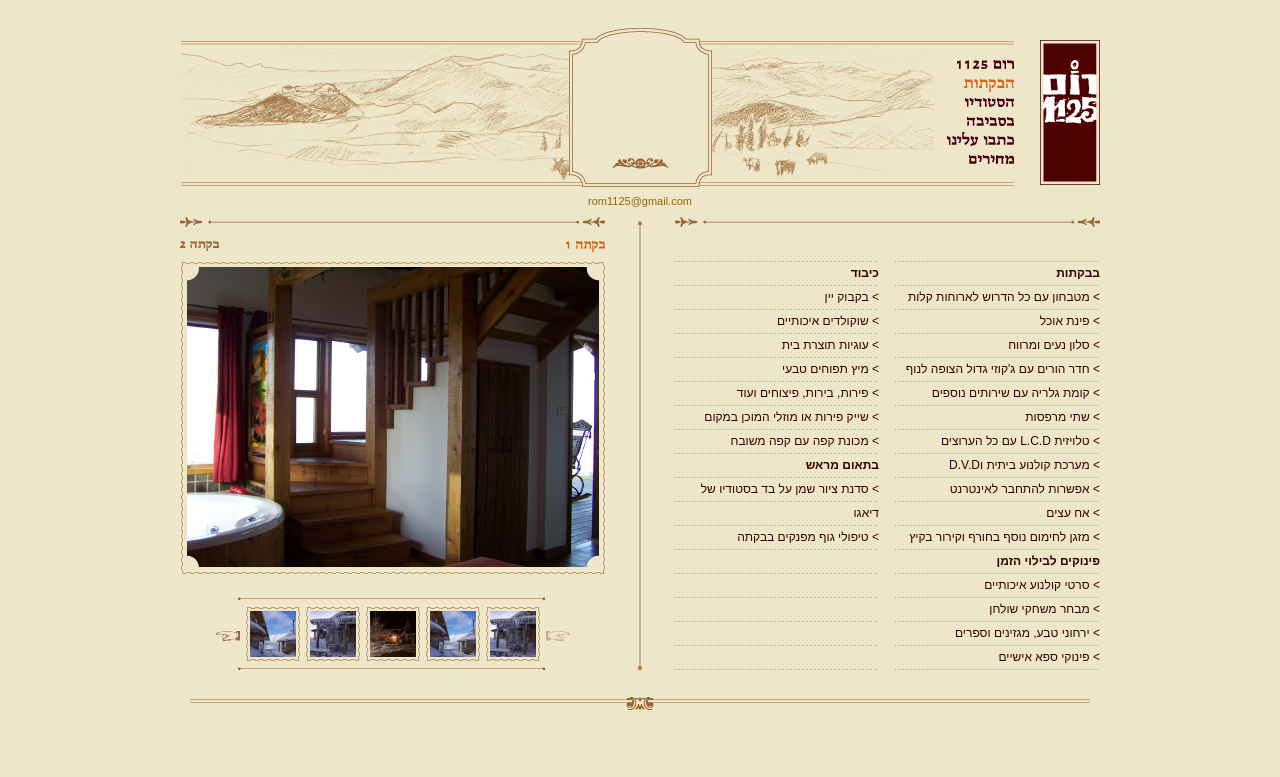
Repository: asafg/rom1125
Page: rom1125/WebContent/huts.html
The author's editor kept a copy of each file at every save. The page is drawn from the files as they stood at one save, then again after the next save.
The browser window is 1280 px wide. The pictures show the whole page.

Above is the page before, as saved 2010-05-22 20:48:56.

### rom1125/WebContent/huts.html
<!DOCTYPE html PUBLIC "-//W3C//DTD XHTML 1.1//EN" "http://www.w3.org/TR/xhtml11/DTD/xhtml11.dtd">
<html xmlns="http://www.w3.org/1999/xhtml">

<head>
  <meta http-equiv="Content-Type" content="text/html; charset=utf-8"/>
  <title>רום 1125</title>
  <link rel="stylesheet" href="css/common.css" type="text/css" media="screen"/>
  <link rel="stylesheet" href="css/huts.css" type="text/css" media="screen"/>
  <script src="js/img_gal_cc_compressed.js" type="text/javascript"></script>
  <script type="text/javascript">
  function showHutGallery(hut) {
	  var otherHut = (hut == 1) ? 2 : 1;
	  $('hut' + hut).addClass('active');
	  $('hut' + otherHut).removeClass('active');
	  $('thumbnails_panel' + otherHut).setStyle('display', 'none');
	  $('slideshow' + otherHut).setStyle('display', 'none');
	  $('thumbnails_panel' + hut).setStyle('display', 'block');
	  $('slideshow' + hut).setStyle('display', 'block');
	  if (hut == 2 && hut2ImageGallery == null) {
		  initHut2Gallery();
	  }
  }

  function initHut2Gallery() {
	  hut2ImageGallery = new ImageGallery({
		slides: $$('#slideshow2 img'),
		thumbnails: $$('#thumbnails_wrapper2 img'),
		thumbnailsViewport: 'thumbnails2',
		thumbnailsContainer: 'thumbnails_wrapper2',
		nextThumbnailLink: 'left_arrow2',
		prevThumbnailLink: 'right_arrow2',
		nextThumbnailLinkClass: 'left_arrow',
		prevThumbnailLinkClass: 'right_arrow'});
  }
  </script>
</head>
<body>
<div id="main">
<!-- header -->
<div id="header">
<img id="logo" src="images/logo.png"/>
<div id="header_without_logo"><!-- The part of the header left of the logo -->
<div id="header_top"><img src="images/header_top.png"/></div>
<div id="toolbar_buttons">
<a id="home_link" href="index.html"><img src="images/blank.gif"/></a>
<img src="images/biktot_hl.gif"/>
<a id="studio_link" href="studio.html"><img src="images/blank.gif"/></a>
<a id="env_link" href="env.html"><img src="images/blank.gif"/></a>
<a id="media_link" href="media.html"><img src="images/blank.gif"/></a>
<a id="prices_link" href="prices.html"><img src="images/blank.gif"/></a>
</div><!-- toolbar_buttons -->
<div class="header_image"><img src="images/header_right.jpg"/></div>
<div class="header_image"><img src="images/header_middle.png"/></div>
<div class="header_image"><img src="images/header_left.jpg"/></div>
<div id="header_bottom"><img id="header_bottom_image" src="images/header_bottom.png"/></div>
</div><!-- header_without_logo-->
<div id="email_address_div">
<a href="mailto:rom1125@gmail.com" class="email_address">rom1125@gmail.com</a>
</div><!-- email_address_div -->
</div><!-- header -->
<!-- now for the separators -->
<div id="right_part">
<img src="images/top_horiz_sep.png" class="sep_image"/>
<div id="page_text" class="page_text">
<div id="right_col" class="text_column">
<b>בבקתות</b><br/>
&gt; מטבחון עם כל הדרוש לארוחות קלות<br/>
&gt; פינת אוכל<br/>
&gt; סלון נעים ומרווח<br/>
&gt; חדר הורים עם ג'קוזי גדול הצופה לנוף<br/>
&gt; קומת גלריה עם שירותים נוספים<br/>
&gt; שתי מרפסות<br/>
&gt; טלויזית L.C.D עם כל הערוצים<br/>
&gt; מערכת קולנוע ביתית וD.V.D<br/>
&gt; אפשרות להתחבר לאינטרנט<br/>
&gt; אח עצים<br/>
&gt; מזגן לחימום נוסף בחורף וקירור בקיץ<br/>
<b>פינוקים לבילוי הזמן</b><br/>
&gt; סרטי קולנוע איכותיים<br/>
&gt; מבחר משחקי שולחן<br/>
&gt; ירחוני טבע, מגזינים וספרים<br/>
&gt; פינוקי ספא אישיים<br/>
</div><!-- right_col -->
<div id="columns_spacer"></div>
<div id="left_col" class="text_column">
<b>כיבוד</b><br/>
&gt; בקבוק יין<br/>
&gt; שוקולדים איכותיים<br/>
&gt; עוגיות תוצרת בית<br/>
&gt; מיץ תפוחים טבעי<br/>
&gt; פירות, בירות, פיצוחים ועוד<br/>
&gt; שייק פירות או מוזלי המוכן במקום<br/>
&gt; מכונת קפה עם קפה משובח<br/>
<b>בתאום מראש</b><br/>
&gt; סדנת ציור שמן על בד בסטודיו של דיאגו<br/>
&gt; טיפולי גוף מפנקים בבקתה<br/>
</div><!-- left_col -->
</div><!-- page_text -->
</div><!-- right -->
<div id="vert_sep">
<img src="images/top_ball.png" class="sep_image"/>
<div id="vert_bar"></div>
<img src="images/bottom_ball.png" class="sep_image"/>
</div><!-- vert_sep -->
<div id="left_part">
<img src="images/top_horiz_sep.png" class="sep_image"/>
<div id="hut_links">
	<a href="#" id="hut1" onclick="showHutGallery(1)"><img src="images/blank.gif"/></a>
	<a href="#" id="hut2" onclick="showHutGallery(2)"><img src="images/blank.gif"/></a>
</div>
<div id="photo_frame"><div id="photo_frame_overlay"></div>
<div id="slideshow1">
<img src="images/photos/photo7.jpg"/>
<img src="images/photos/photo8.jpg"/>
<img src="images/photos/photo9.jpg"/>
<img src="images/photos/photo10.jpg"/>
<img src="images/photos/photo9.jpg"/>
<img src="images/photos/photo8.jpg"/>
</div><!-- slideshow1 -->
<div id="slideshow2">
<img src="images/photos/photo12.jpg"/>
<img src="images/photos/photo11.jpg"/>
<img src="images/photos/photo12.jpg"/>
<img src="images/photos/photo11.jpg"/>
<img src="images/photos/photo12.jpg"/>
<img src="images/photos/photo11.jpg"/>
</div><!-- slideshow2 -->
</div>
<div id="thumbnails_panel1">
<img id="upper_gallery_strip1" src="images/gallery_strip.png"/>
<div id="thumbnails_toolbar1">
<img id="right_arrow1" src="images/blank.gif" class="right_arrow"/>
<div id="thumbnails1">
<div id="thumbnails_wrapper1">
<div class="thumbnail"><img src="images/photos/photo1_small.jpg" class="thumbnail"/></div>
<div class="thumbnail"><img src="images/photos/photo2_small.jpg" class="thumbnail"/></div>
<div class="thumbnail"><img src="images/photos/photo3_small.jpg" class="thumbnail"/></div>
<div class="thumbnail"><img src="images/photos/photo1_small.jpg" class="thumbnail"/></div>
<div class="thumbnail"><img src="images/photos/photo2_small.jpg" class="thumbnail"/></div>
<div class="thumbnail"><img src="images/photos/photo3_small.jpg" class="thumbnail"/></div>
<div class="thumbnail"><img src="images/photos/photo1_small.jpg" class="thumbnail"/></div>
</div><!-- thumbnails_wrapper1 -->
</div><!-- thumbnails1 -->
<img id="left_arrow1" src="images/blank.gif" class="left_arrow"/>
</div><!-- thumbnails_toolbar1 -->
<img id="lower_gallery_strip1" src="images/gallery_strip.png"/>
</div><!-- thumbnails_panel1 -->
<div id="thumbnails_panel2">
<img id="upper_gallery_strip2" src="images/gallery_strip.png"/>
<div id="thumbnails_toolbar2">
<img id="right_arrow2" src="images/blank.gif" class="right_arrow"/>
<div id="thumbnails2">
<div id="thumbnails_wrapper2">
<div class="thumbnail"><img src="images/photos/photo5_small.jpg" class="thumbnail"/></div>
<div class="thumbnail"><img src="images/photos/photo5_small.jpg" class="thumbnail"/></div>
<div class="thumbnail"><img src="images/photos/photo5_small.jpg" class="thumbnail"/></div>
<div class="thumbnail"><img src="images/photos/photo5_small.jpg" class="thumbnail"/></div>
<div class="thumbnail"><img src="images/photos/photo5_small.jpg" class="thumbnail"/></div>
<div class="thumbnail"><img src="images/photos/photo6_small.jpg" class="thumbnail"/></div>
<div class="thumbnail"><img src="images/photos/photo6_small.jpg" class="thumbnail"/></div>
</div><!-- thumbnails_wrapper -->
</div><!-- thumbnails -->
<img id="left_arrow2" src="images/blank.gif" class="left_arrow"/>
</div><!-- thumbnails_toolbar2 -->
<img id="lower_gallery_strip2" src="images/gallery_strip.png"/>
</div><!-- thumbnails_panel2 -->
</div><!-- left -->
<div id="footer">
<img src="images/footer_sep.png" class="sep_image"/>
</div><!-- footer -->
</div><!-- main -->
<script type="text/javascript">
var hut1ImageGallery = new ImageGallery({
	slides: $$('#slideshow1 img'),
	thumbnails: $$('#thumbnails_wrapper1 img'),
	thumbnailsViewport: 'thumbnails1',
	thumbnailsContainer: 'thumbnails_wrapper1',
	nextThumbnailLink: 'left_arrow1',
	prevThumbnailLink: 'right_arrow1',
	nextThumbnailLinkClass: 'left_arrow',
	prevThumbnailLinkClass: 'right_arrow'
});

var hut2ImageGallery = null;

showHutGallery(1);
</script>
</body>
</html>

### rom1125/WebContent/css/common.css
body
{
	background-color: #EEE6C9;
	margin: 0px;
	padding: 0px;
}

#main
{
	width: 1000px;
	height: 750px;
	direction: rtl;
	margin-left: auto;
   	margin-right: auto;
}

/* beginning of header definitions */

#header
{
	margin-top: 27px;
}

#logo
{
	width: 60px;
	margin-top: 13px;
	margin-right: 40px;
	float: right;
}

#header_without_logo
{
	margin-right: 26px;
	margin-top: 1px;
	padding: 0px;
	width: 834px;
	float: right;
}

#header_top
{
	margin: 0px;
	padding: 0px;
	height: 17px;
	float: right;
	display: block;
}

#header_bottom
{
	margin: 0px;
	padding: 0px;
	height: 5px;
	float: right;
	display: block;
}

#header_bottom_image
{
	margin: 0px;
	padding: 0px;
	vertical-align: top;
}

.header_image
{
	margin: 0px;
	padding: 0px;
	height: 137px;
	float: right;
	display: block;
}

#toolbar_buttons
{
	margin-top: 11px;
	margin-left: 13px;
	float: right;
}

#toolbar_buttons img
{
	margin: 0px 0px 2px 0px; width: 67px; height: 17px; padding: 0px; display: block; border-width: 0px;
}

/*toolbar buttons images are set as background images in order to allow rollover effect using css (no javascript) */
#toolbar_buttons a#home_link   img {background: url("../images/rom.gif") top left no-repeat;}
#toolbar_buttons a#huts_link   img {background: url("../images/biktot.gif") top left no-repeat;}
#toolbar_buttons a#studio_link img {background: url("../images/studio.gif") top left no-repeat;}
#toolbar_buttons a#env_link    img {background: url("../images/sviva.gif") top left no-repeat;}
#toolbar_buttons a#media_link  img {background: url("../images/katvu.gif") top left no-repeat;}
#toolbar_buttons a#prices_link img {background: url("../images/mehirim.gif") top left no-repeat;}

#toolbar_buttons a#home_link:hover   img {background: url("../images/rom_hl.gif") top left no-repeat;}
#toolbar_buttons a#huts_link:hover   img {background: url("../images/biktot_hl.gif") top left no-repeat;}
#toolbar_buttons a#studio_link:hover img {background: url("../images/studio_hl.gif") top left no-repeat;}
#toolbar_buttons a#env_link:hover    img {background: url("../images/sviva_hl.gif") top left no-repeat;}
#toolbar_buttons a#media_link:hover  img {background: url("../images/katvu_hl.gif") top left no-repeat;}
#toolbar_buttons a#prices_link:hover img {background: url("../images/mehirim_hl.gif") top left no-repeat;}

#email_address_div
{
	padding-top: 8px;
	margin-left: auto;
    margin-right: auto;
	font-family: arial, sans-serif;
	font-size: 11px;
	display: block;
	text-align: center;
	clear: both;
}

a.email_address:link, a.email_address:active, a.email_address:focus, a.email_address:visited
{
	color: #996600;
	text-decoration: none;
}

a.email_address:hover
{
	color: #CC6600;
	text-decoration: none;
}

/* end of header definitions */

#right_part
{
	width: 425px;
	margin-top: 10px;
	margin-right: 40px;
	float: right;
}

#vert_sep
{
	float: right;
	margin: 14px 33px 0px 33px;
	padding: 0px;
}

#vert_bar
{
	width: 2px;
	height: 440px;
	margin: 0 1px 0 1px;
	background-color: #cbb787;
}

#left_part
{
	width: 425px;
	margin-top: 10px;
	margin-left: 0px;
	float: right;
}

.sep_image
{
	padding: 0;
	display: block;
}

#footer
{
	margin: 0px 50px 0px 50px;
	float: none;
	clear: both;
}

### rom1125/WebContent/css/huts.css
.page_text
{
	float: right;
	width: 426px;
	margin-top: 34px;
	line-height: 200%;
	font-family: arial;
	font-size: 12px;
	color: #330000;
	border: 0px solid red;
}

.text_column
{
	background-image: url("../images/dashed_line.png");
	background-repeat:repeat-y;
	float: right;
	width: 205px;
	height: 409px;
	border: 0px solid black;
}

#columns_spacer
{
	float: right;
	width: 16px;
	height: 409px;
	border: 0px solid green;
}

#hut_links a img {width: 39px; height: 11px; margin: 0px; display: block; border-width: 0px;}

#hut_links
{
	margin-top: 14px;
}

#hut_links a#hut1 img
{
	background: url("../images/hut1.png") top left no-repeat;
	float: right;
}

#hut_links a#hut2 img
{
	background: url("../images/hut2.png") top left no-repeat;
	float: left;
}

#hut_links a#hut1:hover img {background: url("../images/hut1_hl.png") top left no-repeat;}

#hut_links a#hut2:hover img {background: url("../images/hut2_hl.png") top left no-repeat;}

#hut_links a#hut1.active img {background: url("../images/hut1_hl.png") top left no-repeat;}

#hut_links a#hut2.active img {background: url("../images/hut2_hl.png") top left no-repeat;}

#footer
{
	padding-top: 26px;
}

/* image gallery */
#photo_frame
{
	position: relative;
	margin-top: 34px;
	width: 425px;
	height: 313px;
	overflow: hidden;
}

#photo_frame img
{
	padding: 6px 6px 0px 0px;
}

#photo_frame_overlay
{
	position:absolute; top:0; left:0; width: 100%; height: 100%; z-index:998;
	background: url("../images/frame_big.png") no-repeat center;
}

/* hide the slide show of the second hut */
#thumbnails_panel2, #slideshow2
{
	display: none;
}

#thumbnails_panel1, #thumbnails_panel2
{
	margin-top: 11px;
	width: 354px;
}

#upper_gallery_strip1, #upper_gallery_strip2
{
	margin: 12px 60px 7px 0px;
	float: right;
}

#lower_gallery_strip1, #lower_gallery_strip2
{
	margin: 6px 60px 0px 0px;
	float: right;
}

#thumbnails_toolbar1, #thumbnails_toolbar2
{
	margin-right: 35px;
	width: 354px;
}

#right_arrow1, #right_arrow2
{
	width: 24px;
	height: 11px;
	margin: 24px 0px 0px 3px;
	vertical-align: middle;
	clear: both;
	float: right;
	display: block;
	border: 0px;
}

img.right_arrow
{
	background: url("../images/right_arrow.gif") top left no-repeat;
}

img.right_arrow:hover
{
	background: url("../images/right_arrow_hl.gif") top left no-repeat;
}

img.right_arrow_disabled
{
	background: url("../images/right_arrow_da.png") top left no-repeat;
}

#left_arrow1, #left_arrow2
{
	width: 24px;
	height: 11px;
	margin: 24px 3px 0px 0px;
	float: right;
	border: 0px;
}

img.left_arrow
{
	background: url("../images/left_arrow.gif") top left no-repeat;
}

img.left_arrow:hover
{
	background: url("../images/left_arrow_hl.gif") top left no-repeat;
}

img.left_arrow_disabled
{
	background: url("../images/left_arrow_da.png") top left no-repeat;
}

#thumbnails1, #thumbnails2
{
	position: relative;
	width: 300px;
	height: 54px;
	float: right;
	overflow: hidden;
}

#thumbnails_wrapper1, #thumbnails_wrapper2
{
	position: absolute;
	width: 420px;
	height: 54px;
	/*float: right;*/
}

.thumbnail
{
	background: url("../images/frame_small.png") no-repeat center;
	margin-left: 3px;
	margin-right: 3px;
	width: 54px;
	height: 54px;
	float: right;
}

div.thumbnail:hover
{
	background: url("../images/frame_small_hl.png") no-repeat center;
	margin-left: 3px;
	margin-right: 3px;
	width: 54px;
	height: 54px;
	float: right;
}

img.thumbnail
{
	margin: 4px 4px auto;
	width: 46px;
	height: 46px;
	border: 1px black;
}
/* end of image gallery */

Loaded but not shown: rom1125/WebContent/js/img_gal_cc_compressed.js (library)

After the next save:
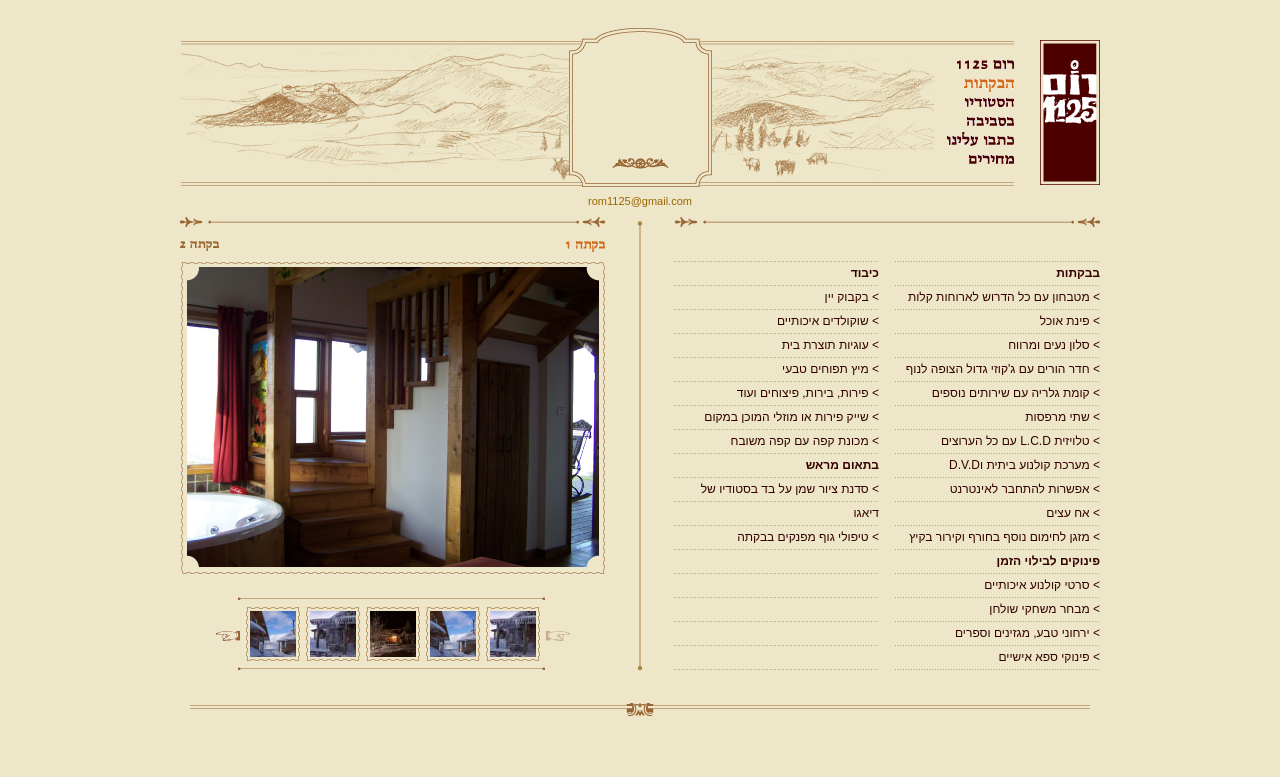
Saved 5 s later.
--- a/rom1125/WebContent/css/huts.css
+++ b/rom1125/WebContent/css/huts.css
@@ -57,7 +57,7 @@
 
 #footer
 {
-	padding-top: 26px;
+	padding-top: 32px;
 }
 
 /* image gallery */
